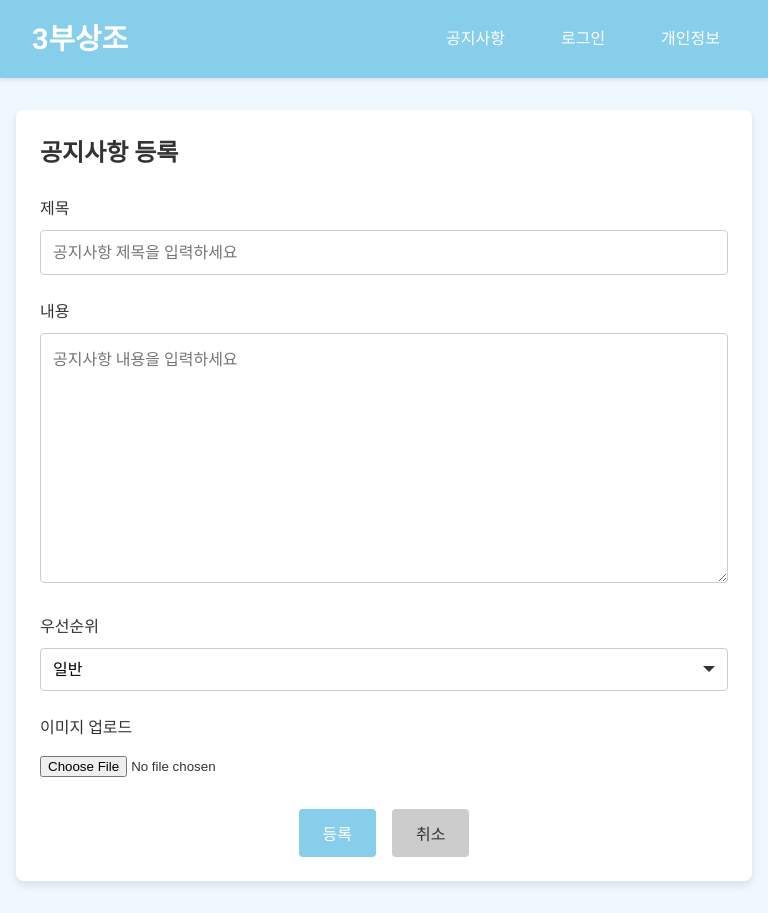
Repository: hanchanwook/MidPJ
Page: http://localhost/project/WEB-INF/views/MainPage/noticedenglock.jsp
The author's editor kept a copy of each file at every save. The page is drawn from the files as they stood at one save, then again after the next save.
The browser window is 768 px wide. The pictures show the whole page.
The page is served by Tomcat 9. Nobody is signed in. The template is opened directly, without the code that normally fills it, so the values that code supplies are empty.

Above is the page before, as saved 2025-04-22 05:43:24.

After the next save:
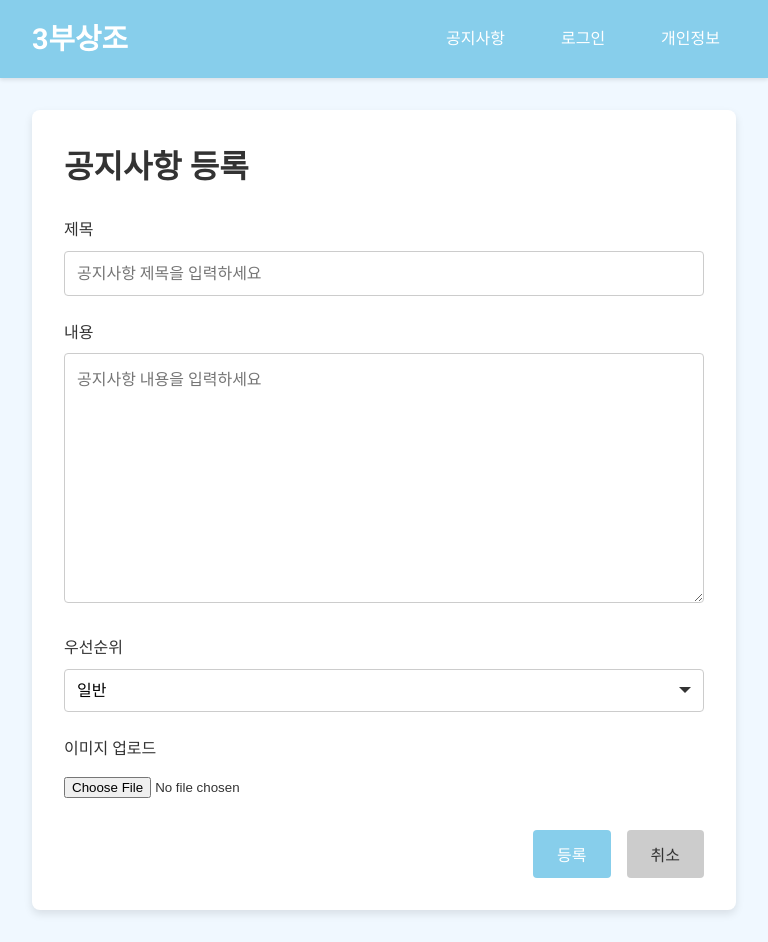
Saved 83 min 4 s later.
--- a/project/src/main/webapp/WEB-INF/views/MainPage/noticedenglock.jsp
+++ b/project/src/main/webapp/WEB-INF/views/MainPage/noticedenglock.jsp
@@ -160,21 +160,6 @@
             to { transform: translateY(0); opacity: 1; }
         } /* 슬라이드 업 애니메이션 */
 
-        /* Minimal Responsive Design */
-        @media (max-width: 768px) {
-            main {
-                padding: 0 1rem;
-            } /* 모바일에서 패딩 축소 */
-            .register-form {
-                padding: 1.5rem;
-            } /* 폼 패딩 축소 */
-            .register-form h1 {
-                font-size: 1.5rem;
-            } /* 제목 크기 축소 */
-            .form-buttons {
-                justify-content: center;
-            } /* 버튼 중앙 정렬 */
-        }
     </style>
 </head>
 <body>
